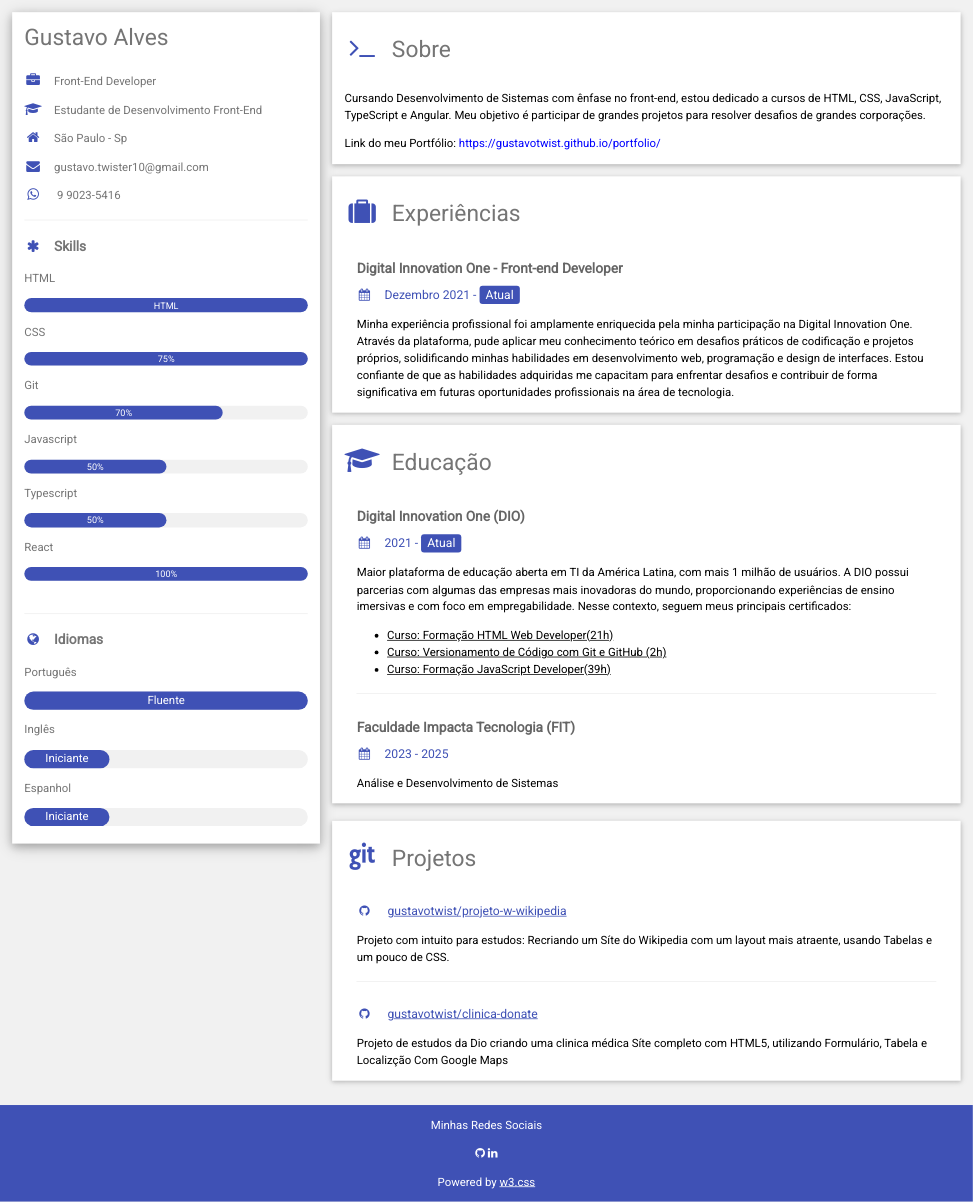
Repository: gustavotwist/cv
Page: index.html
An editor plug-in stored every save of this project. The page is shown before and after the next save, followed by the edit.
The browser window is 1280 px wide. The pictures show the whole page, at 76% of full size.

Above is the page before, as saved 2025-03-09 11:09:07.

After the next save:
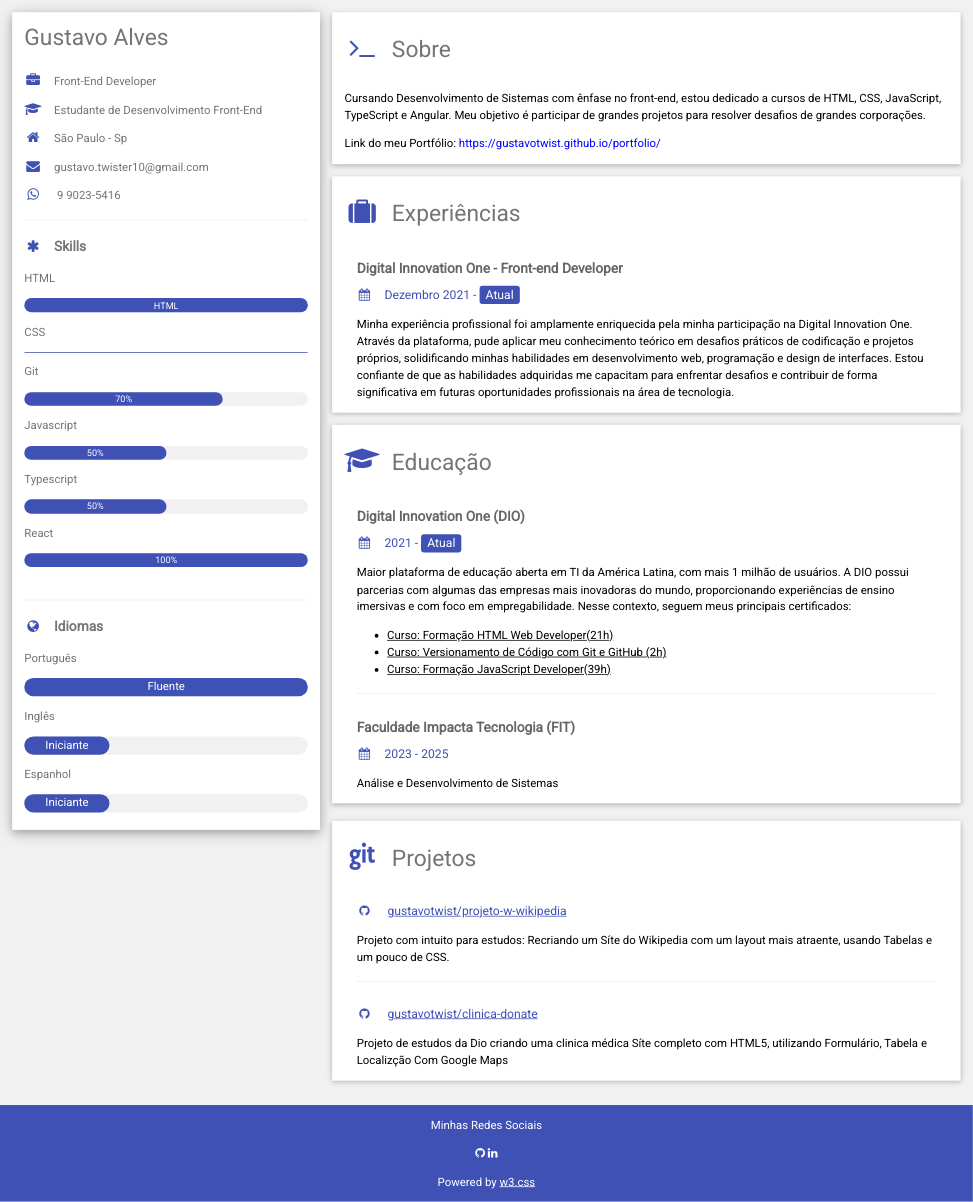
Saved 5 s later.
--- a/index.html
+++ b/index.html
@@ -52,7 +52,7 @@
               </div>
               <p>CSS</p>
               <div class="w3-light-grey w3-round-xlarge w3-small">
-                <div class="w3-container w3-center w3-round-xlarge w3-indigo" style="width:100%">75%</div>
+                <div class="w3-container w3-center w3-round-xlarge w3-indigo" style="width:100%"></div>
               </div>
               <p>Git</p>
               <div class="w3-light-grey w3-round-xlarge w3-small">

After the 2 saves that followed:
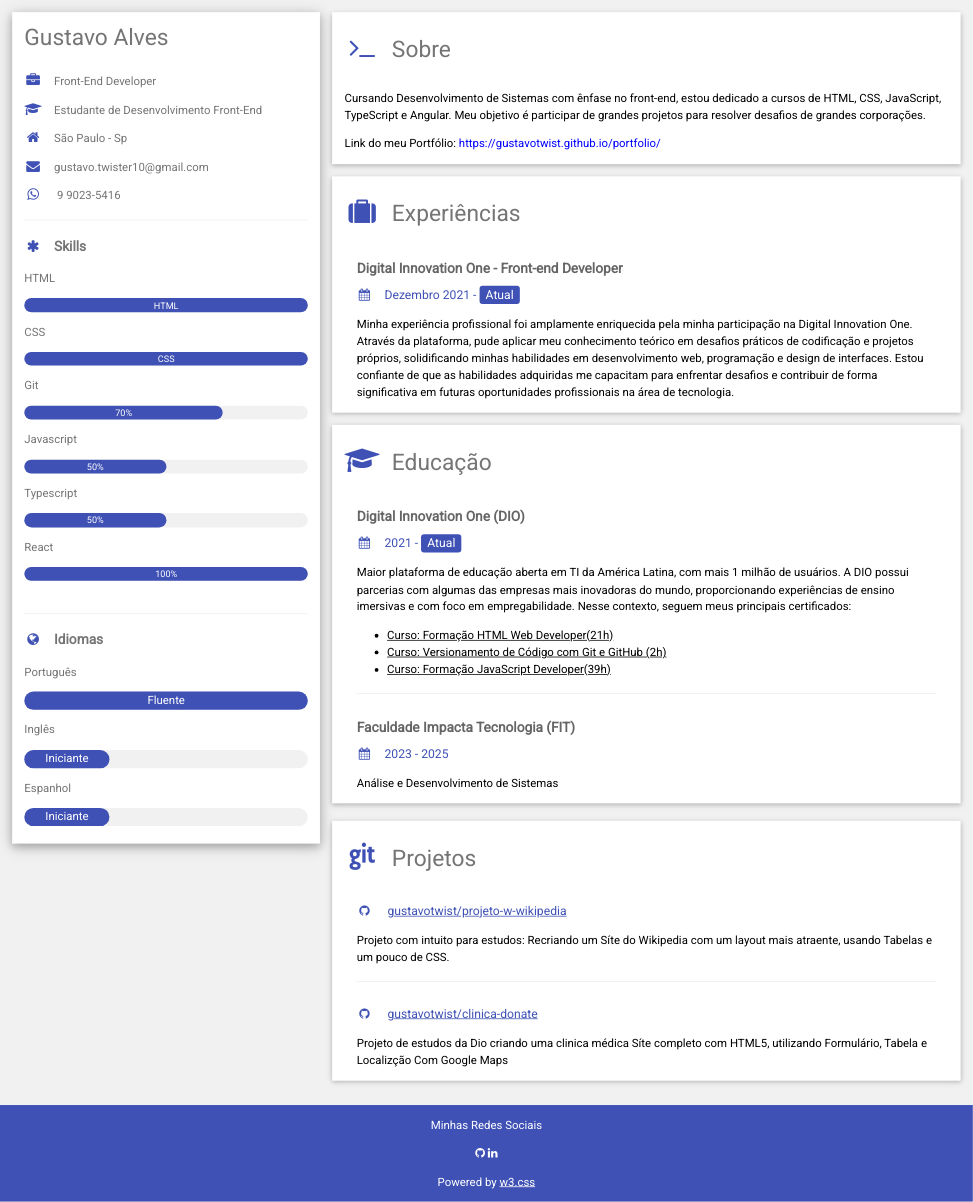
The 2 saves are shown as one change because they came seconds apart.
The last was saved 9 s later.
--- a/index.html
+++ b/index.html
@@ -52,7 +52,7 @@
               </div>
               <p>CSS</p>
               <div class="w3-light-grey w3-round-xlarge w3-small">
-                <div class="w3-container w3-center w3-round-xlarge w3-indigo" style="width:100%"></div>
+                <div class="w3-container w3-center w3-round-xlarge w3-indigo" style="width:100%">CSS</div>
               </div>
               <p>Git</p>
               <div class="w3-light-grey w3-round-xlarge w3-small">
